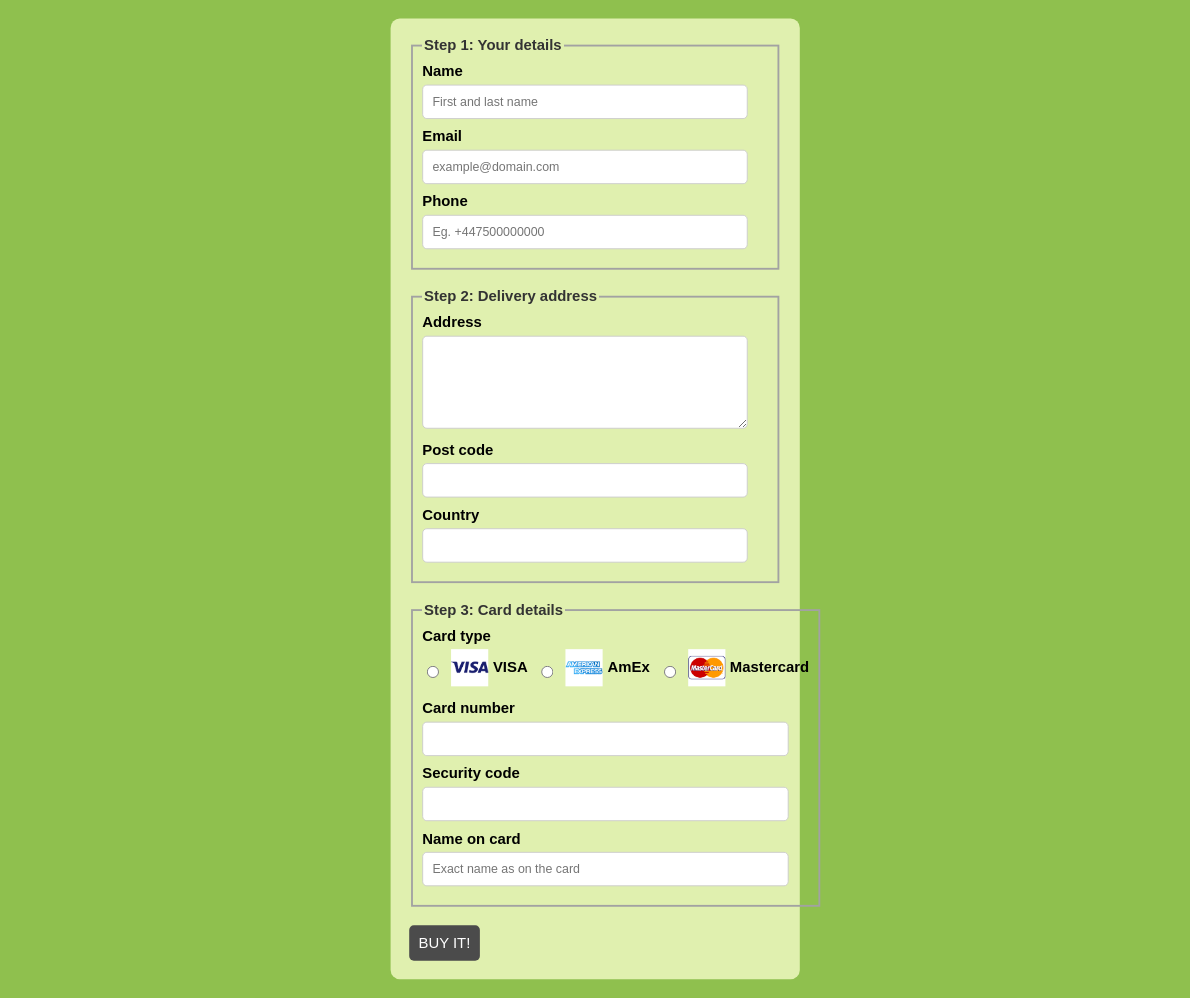
Repository: JoshuaTimothyFelix/fullstack-practice-projects
Page: CSS-practice/forms-using-css/index.html
An editor plug-in stored every save of this project. The page is shown before and after the next save, followed by the edit.
The browser window is 1280 px wide. The pictures show the whole page, at 93% of full size.

Above is the page before, as saved 2024-08-06 12:13:03.

After the next save:
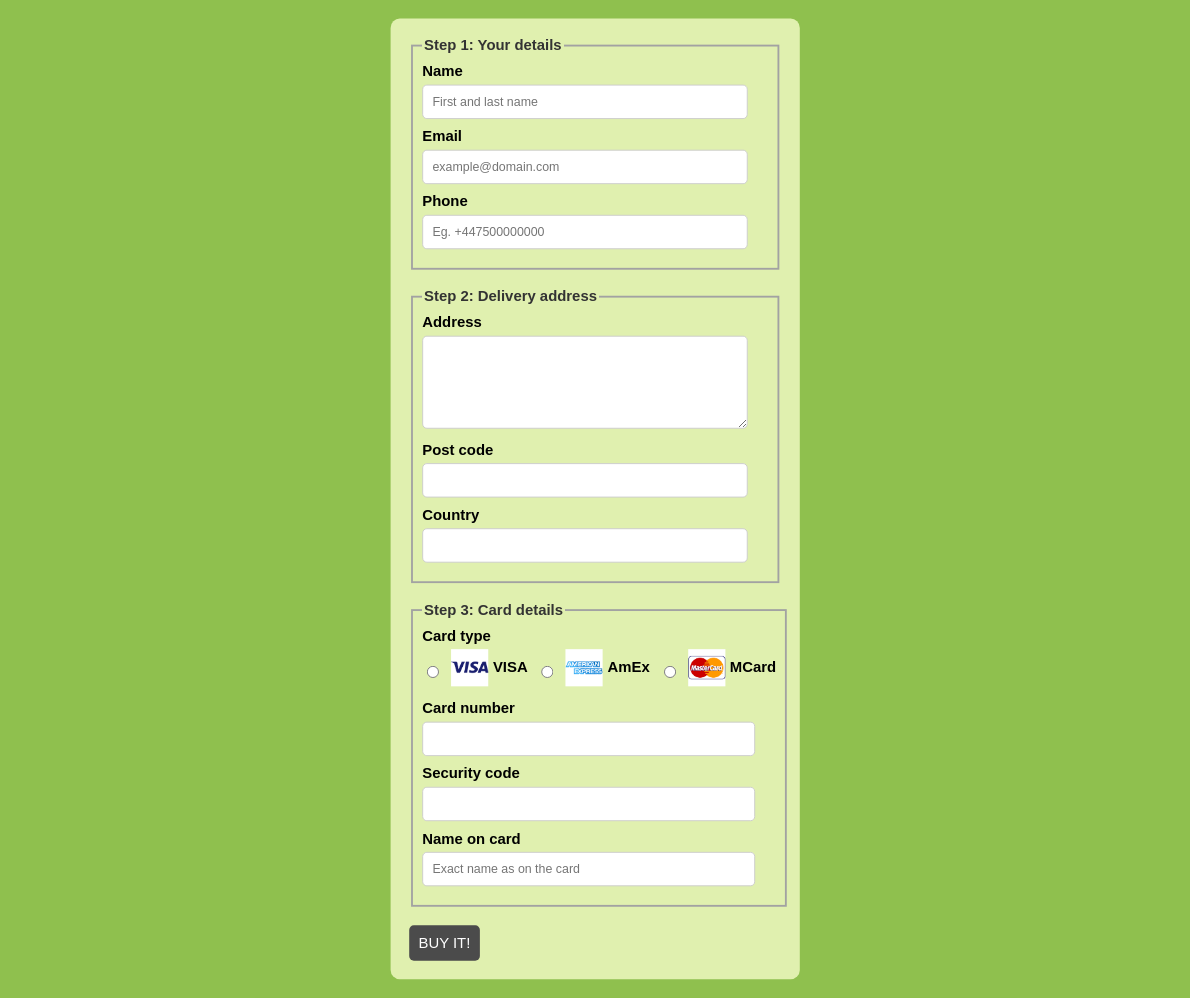
Saved 3 min 41 s later.
--- a/CSS-practice/forms-using-css/index.html
+++ b/CSS-practice/forms-using-css/index.html
@@ -42,7 +42,7 @@
             <label for="amex"><img src="images/amex.png" alt="AmEx"> AmEx</label>
 
             <input type="radio" id="mastercard" name="cardtype">
-            <label for="mastercard"><img src="images/mastercard.png" alt="Mastercard"> Mastercard</label>
+            <label for="mastercard"><img src="images/mastercard.png" alt="Mastercard"> MCard</label>
         </div>
 
         <label for="cardnumber">Card number</label>
